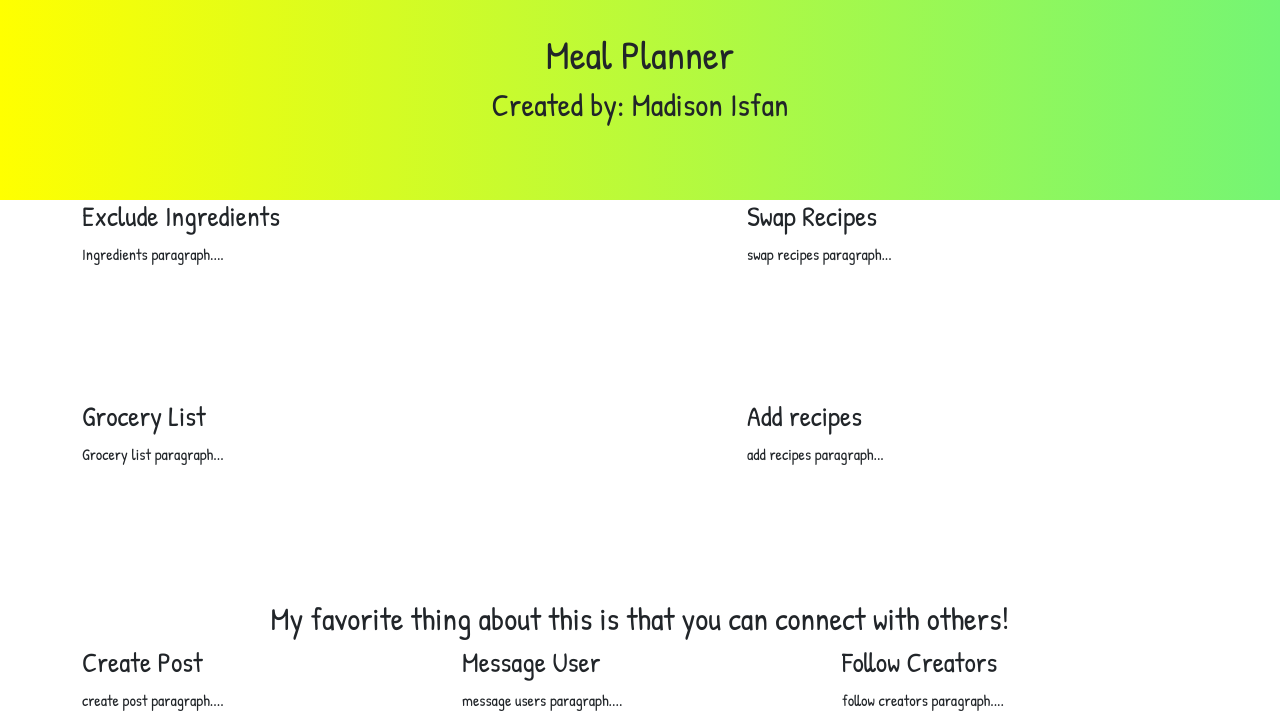
Repository: madisonisfan/Meal-Planner
Page: index.html
An editor plug-in stored every save of this project. The page is shown before and after the next save, followed by the edit.
The browser window is 1280 px wide. The pictures show the whole page.
Some web libraries are served in a nearby version.

Above is the page before, as saved 2021-02-17 17:08:51.

### index.html
<!DOCTYPE html>
<head>

    <meta charset="utf-8"/>
    <meta name="viewport" content="width=device-width, initial-scale=1"/>

    <link rel="stylesheet" href="node_modules/bootstrap/dist/css/bootstrap.min.css" />

    <link rel="stylesheet" href="https://fonts.googleapis.com/css?family=Indie+Flower|Patrick+Hand" />
    <link rel="stylesheet" href="css/styles.css"/>
    <title> Meal Planner </title>
</head>

<body>

    <header class="jumbotron">
        <div class="container">
            <div class="row row-content  justify-content-center">
                <div class="col text-center saling-self">
                    <h1>Meal Planner</h1>
                    <h2>Created by: Madison Isfan</h2>
                </div>
            </div>
        </div>

    </header>

    <div class="container ">
        <div class="row row-content justify-content-between">
            <div class="col-5">
                <h3>Exclude Ingredients</h3>
                <p>Ingredients paragraph....</p>
            </div>
            <div class="col-5">
                <h3>Swap Recipes</h3>
                <p>swap recipes paragraph...</p>
            </div>
        </div>

        <div class="row row-content justify-content-between">
            <div class="col-5">
                <h3>Grocery List</h3>
                <p>Grocery list paragraph...</p>
            </div>
            <div class="col-5">
                <h3>Add recipes</h3>
                <p>add recipes paragraph...</p>
            </div>
        </div>

    </div> <!--End of container-->

    <div class="container">
        <div class="row">
            <div class="col ">
                <h2 class=" extra-header text-center">My favorite thing about this is that you can connect with others!</h2>
            </div>
        </div>
        <div class="row">
            <div class="col">
                <h3>Create Post</h3>
                <p>create post paragraph....</p>

            </div>
            <div class="col">
                <h3>Message User</h3>
                <p>message users paragraph....</p>
            </div>
            <div class="col">
                <h3>Follow Creators</h3>
                <p>follow creators paragraph....</p>
            </div>

        </div>

    </div>


    <script src="node_modules/jquery/dist/jquery.slim.min.js"></script>
    <script src="node_modules/popper.js/dist/umd/popper.min.js"></script>
    <script src="node_modules/bootstrap/dist/js/bootstrap.min.js"></script>
</body>


</html>

### css/styles.css
header {
  height: 200px;
}
body {
  font-family: "Patrick Hand";
}

.row-content {
  min-height: 200px;
}

.jumbotron {
  padding: 30px;
  background-image: linear-gradient(to right, yellow, rgb(116, 245, 116));
}

After the next save:
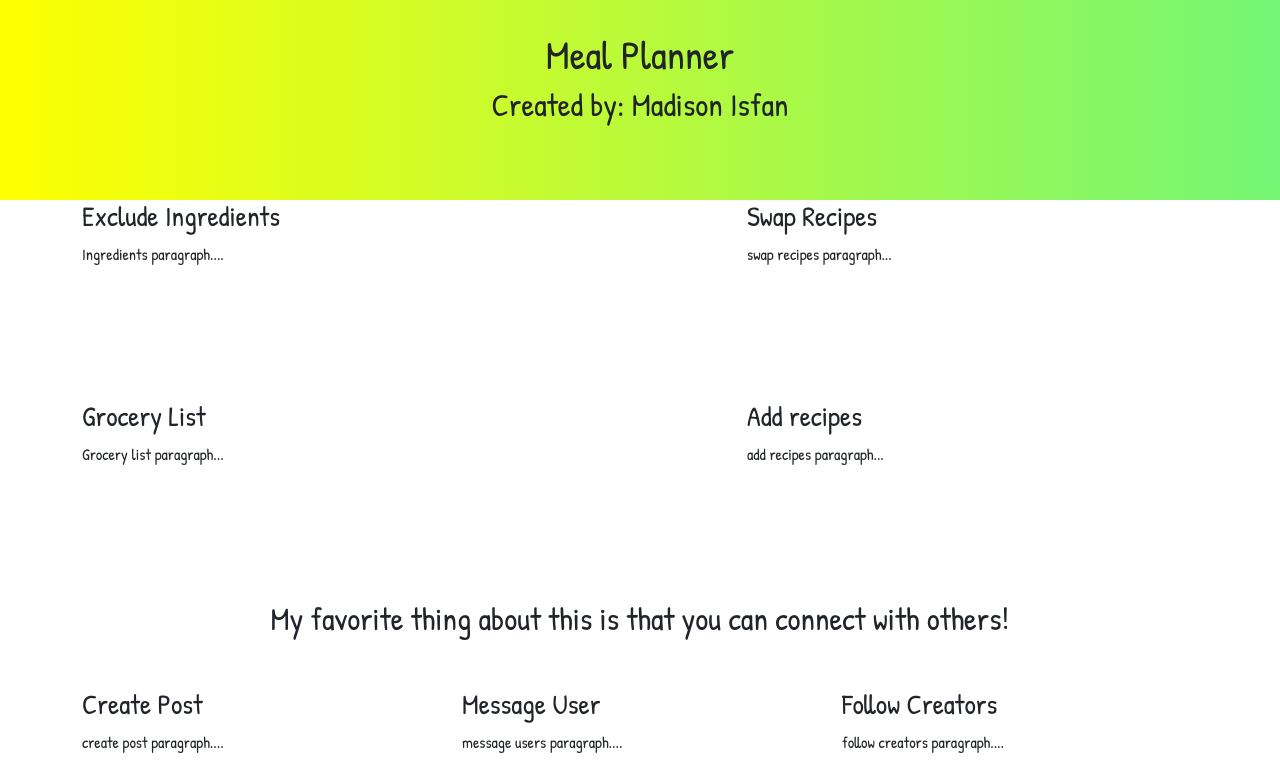
Saved 22 s later.
--- a/css/styles.css
+++ b/css/styles.css
@@ -13,3 +13,7 @@ body {
   padding: 30px;
   background-image: linear-gradient(to right, yellow, rgb(116, 245, 116));
 }
+
+.extra-header {
+  margin-bottom: 50px;
+}
